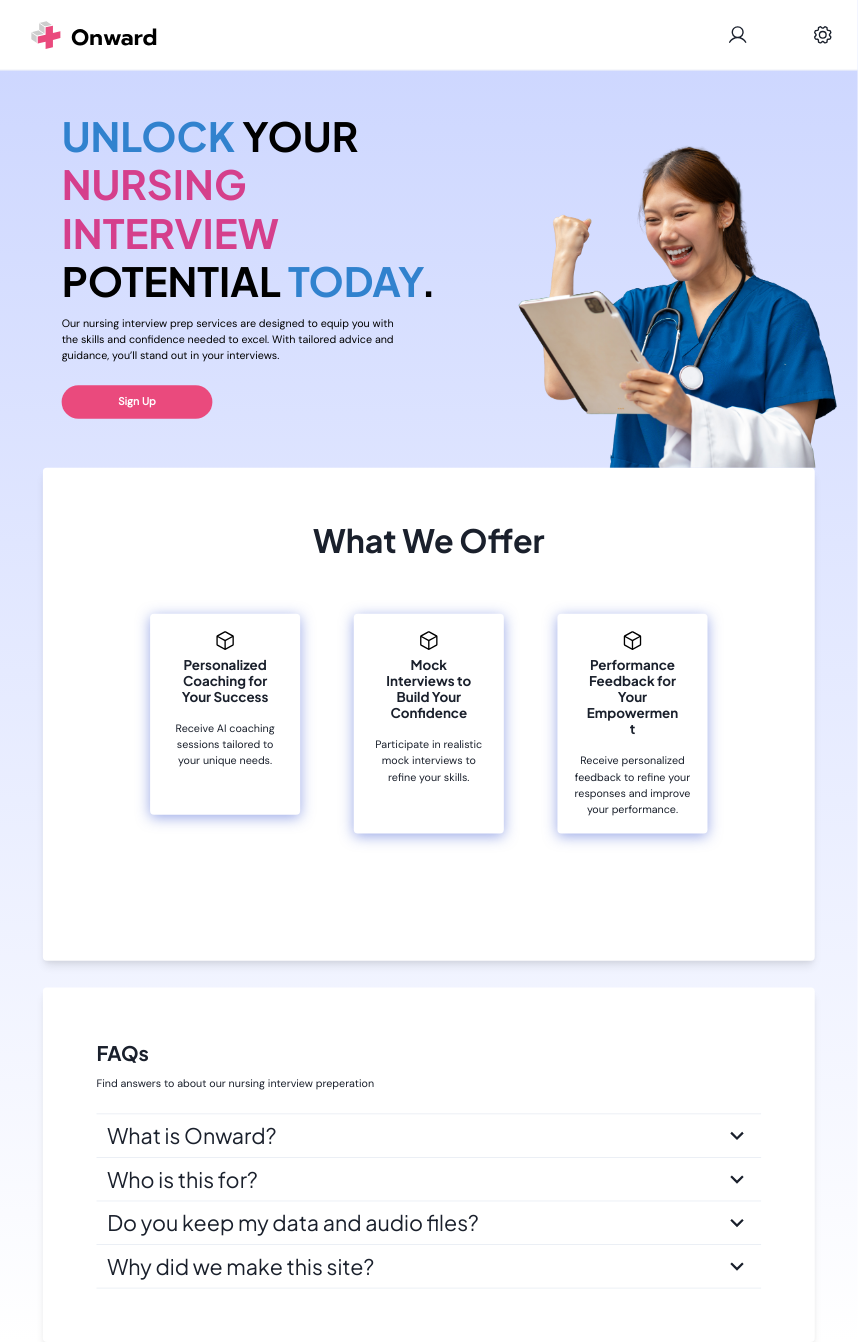
Repository: Aladdin3r/onward
Page: /landing-page
The author's editor kept a copy of each file at every save. The page is drawn from the files as they stood at one save, then again after the next save.
The browser window is 1280 px wide. The pictures show the whole page, at 67% of full size.
The project was rebuilt for these pictures with package versions that can differ from the ones it lists, and the page was loaded fresh each time. The framework's server and built-in components were replaced by stand-ins that run in the browser. Also part of the build but not shown: next.config.mjs.

Above is the page before, as saved 2024-10-29 03:26:40.

After the next save:
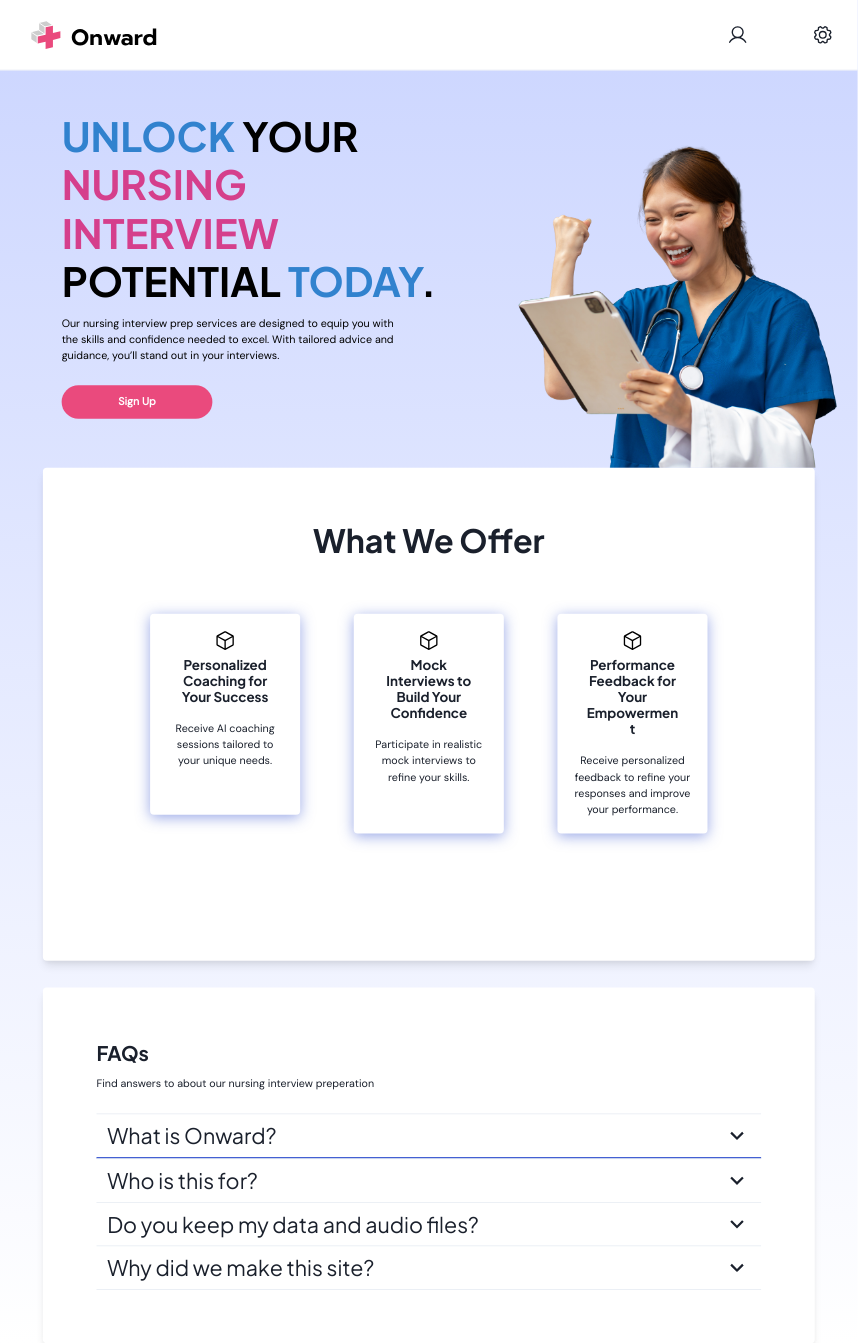
Saved 48 s later.
--- a/pages/landing-page.js
+++ b/pages/landing-page.js
@@ -135,7 +135,10 @@
                 <Accordion allowToggle>
                     <AccordionItem>
                         <h2>
-                            <AccordionButton>
+                            <AccordionButton      sx={{
+                    borderBottom: '2px solid #3352CF', // Change color here
+                    _expanded: { bg: 'blue.100' }, // Optional: Change background when expanded
+                }}>
                                 <Box as="span" flex="1" textAlign="left" fontFamily="heading">What is Onward?</Box>
                                 <AccordionIcon />
                             </AccordionButton>

After the save that followed:
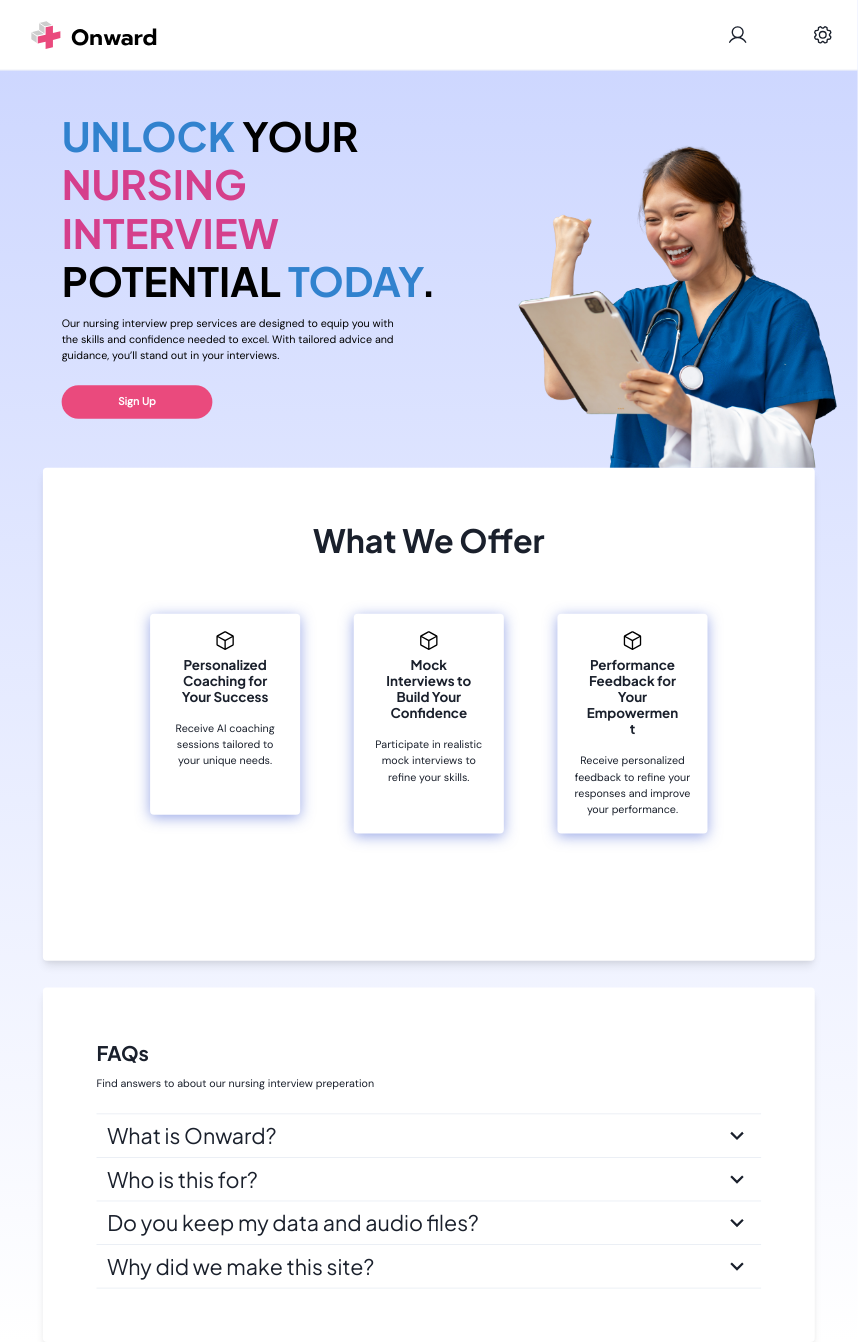
Saved 23 s later.
--- a/pages/landing-page.js
+++ b/pages/landing-page.js
@@ -135,10 +135,7 @@
                 <Accordion allowToggle>
                     <AccordionItem>
                         <h2>
-                            <AccordionButton      sx={{
-                    borderBottom: '2px solid #3352CF', // Change color here
-                    _expanded: { bg: 'blue.100' }, // Optional: Change background when expanded
-                }}>
+                            <AccordionButton >
                                 <Box as="span" flex="1" textAlign="left" fontFamily="heading">What is Onward?</Box>
                                 <AccordionIcon />
                             </AccordionButton>
